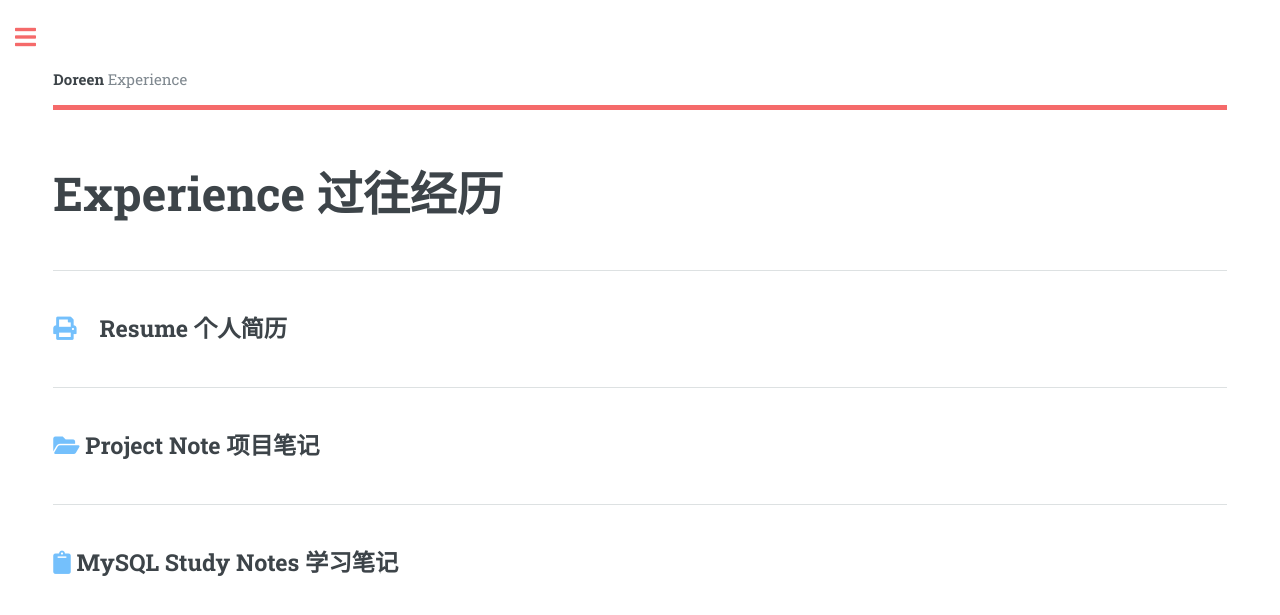
Repository: Hpz3859/Hpz3859.github.io
Page: experience.html
The author's editor kept a copy of each file at every save. The page is drawn from the files as they stood at one save, then again after the next save.
The browser window is 1280 px wide. The pictures show the whole page.

Above is the page before, as saved 2025-03-19 14:53:22.

After the next save:
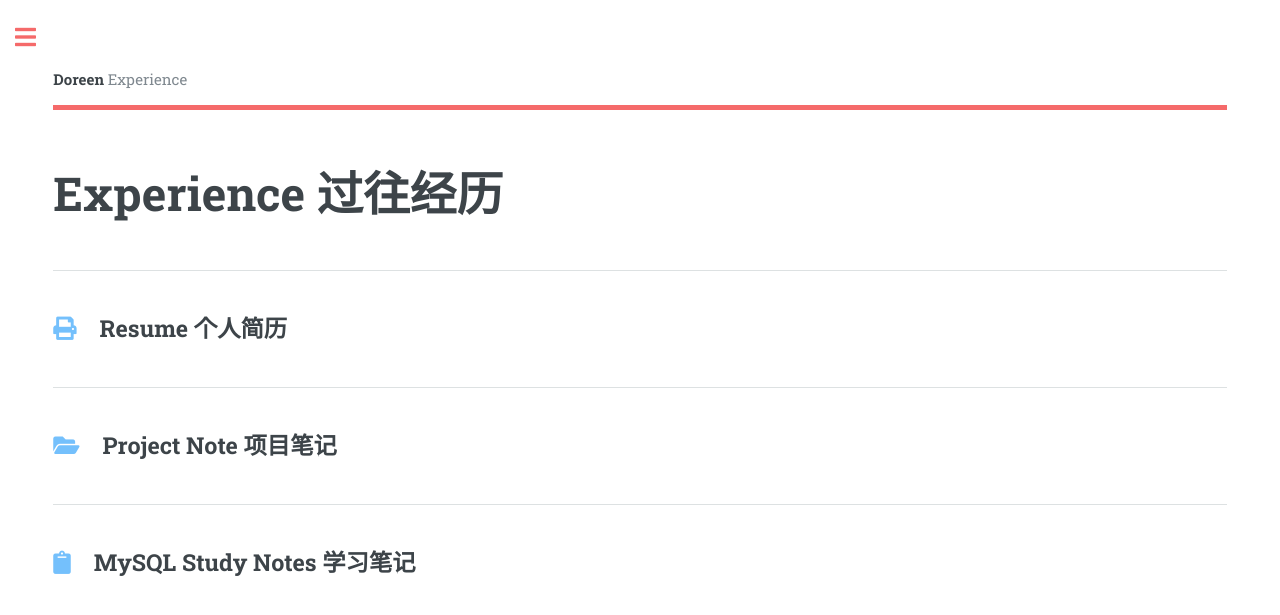
Saved 15 s later.
--- a/experience.html
+++ b/experience.html
@@ -56,6 +56,7 @@
 										<div class="content">
 											<h2>
 												<span class="icon solid fa-folder-open" style="color: #74c0fc;"></span>
+												&nbsp;&nbsp;
 												<a href="resume.html" class="logo">Project Note 项目笔记</a>
 											</h2>
 										</div>
@@ -65,6 +66,7 @@
 										<div class="content">
 											<h2>
 												<span class="icon solid fa-clipboard" style="color: #74c0fc;"></span>
+												&nbsp;&nbsp;
 												<a href="resume.html" class="logo">MySQL Study Notes 学习笔记</a>
 											</h2>
 										</div>
